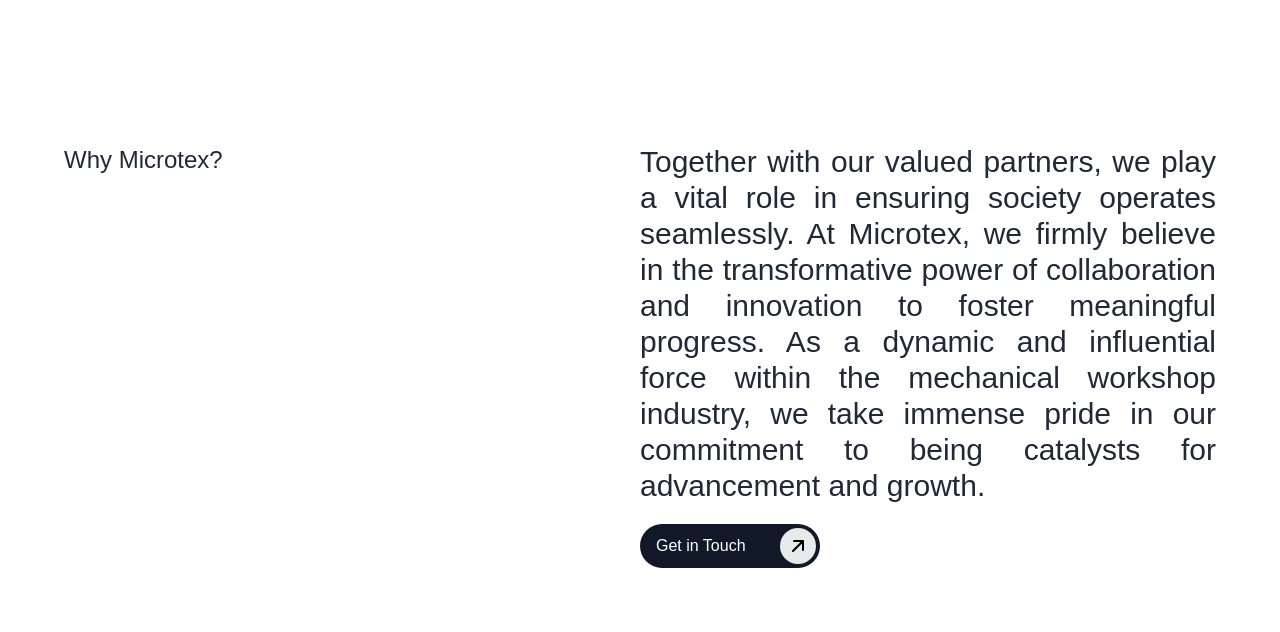
Repository: vespersolutionspk18/microtexwebsite
Page: /
An editor plug-in stored every save of this project. The page is shown before and after the next save, followed by the edit.
The browser window is 1280 px wide. The pictures show the part of the page from y = 806 to 1438 px (the page is 1438 px tall).
Some web fonts or font styles are not loaded; a fallback is used. The project was rebuilt for these pictures with package versions that can differ from the ones it lists, and the page was loaded fresh each time. The framework's server and built-in components were replaced by stand-ins that run in the browser. Also part of the build but not shown: next.config.mjs.

Above is the page before, as saved 2024-11-18 20:49:03.

After the next save:
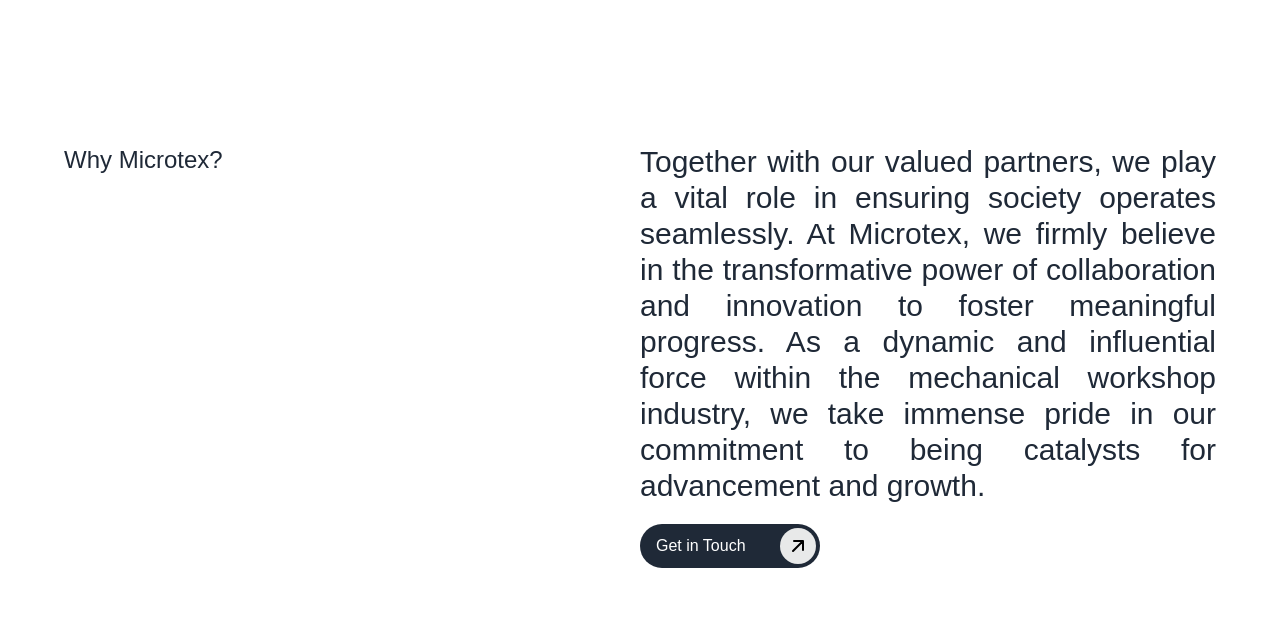
Saved 20 s later.
--- a/app/WhyMct.tsx
+++ b/app/WhyMct.tsx
@@ -10,7 +10,7 @@ const WhyMct = () => {
             <h3 className="text-gray-800 font-light text-justify text-3xl">Together with our valued partners, we play a vital role in ensuring society operates seamlessly. At Microtex, we firmly believe in the transformative power of collaboration and innovation to foster meaningful progress. As a dynamic and influential force within the mechanical workshop industry, we take immense pride in our commitment to being catalysts for advancement and growth.</h3>
             <div className="flex flex-row gap-5">
                 <div id="button"
-  className="group  bg-gray-900 h-[44px] flex-row  text-white text-[16px] py-1 px-1 font-light rounded-full hidden md:flex items-center justify-between w-[180px] transition-width duration-500 ease-in-out  hover:w-[205px] hover:bg-mcred"
+  className="group  bg-gray-800 h-[44px] flex-row  text-white text-[16px] py-1 px-1 font-light rounded-full hidden md:flex items-center justify-between w-[180px] transition-width duration-500 ease-in-out  hover:w-[205px] hover:bg-mcred"
 
 >
   <div className="mx-3">Get in Touch</div>
